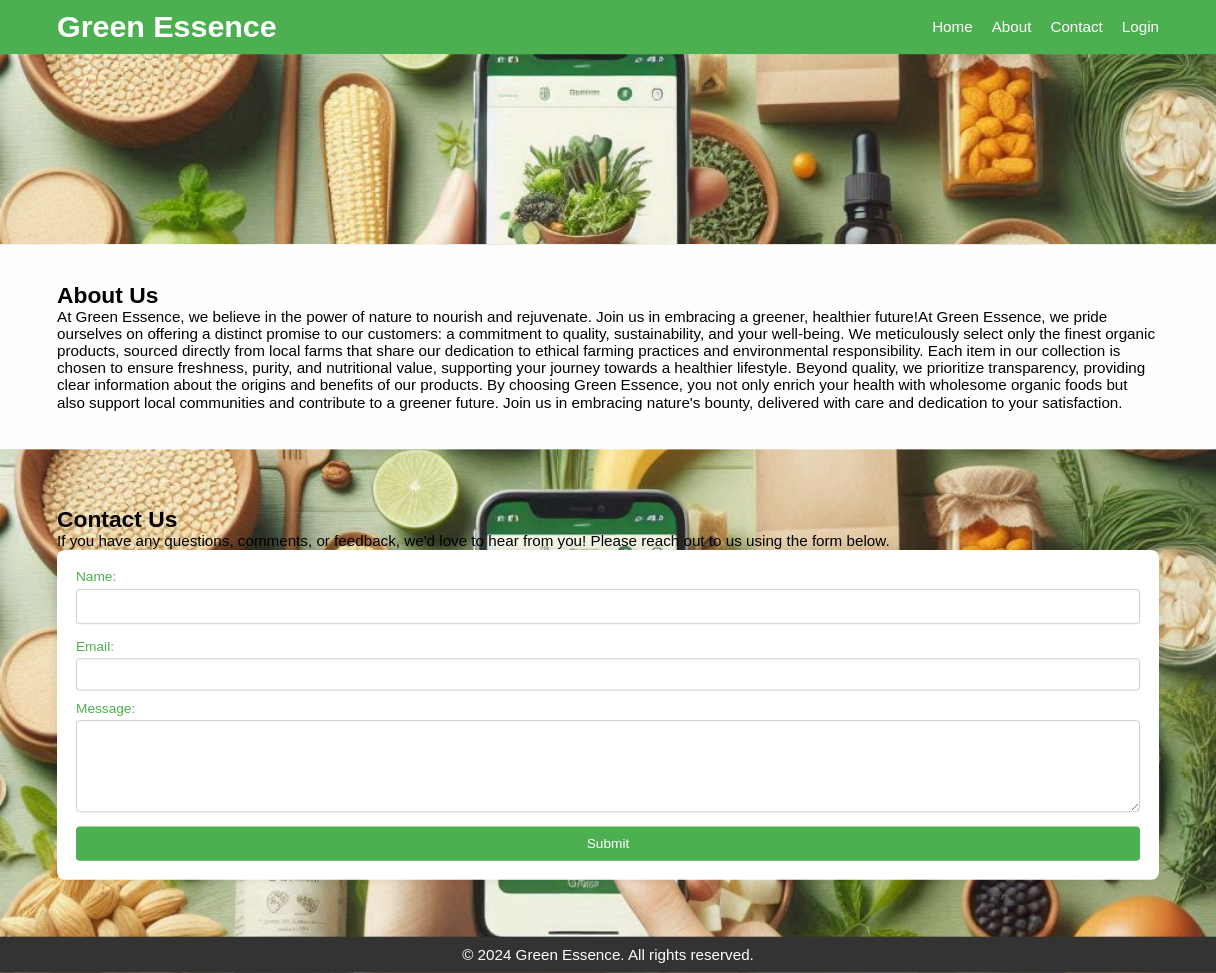
Repository: niki3210/Sahyadri
Page: Projectorganic/index.html
An editor plug-in stored every save of this project. The page is shown before and after the next save, followed by the edit.
The browser window is 1280 px wide. The pictures show the whole page, at 95% of full size.
Backgrounds fixed to the window are drawn as part of the page.

Above is the page before, as saved 2024-06-21 17:13:42.

After the next save:
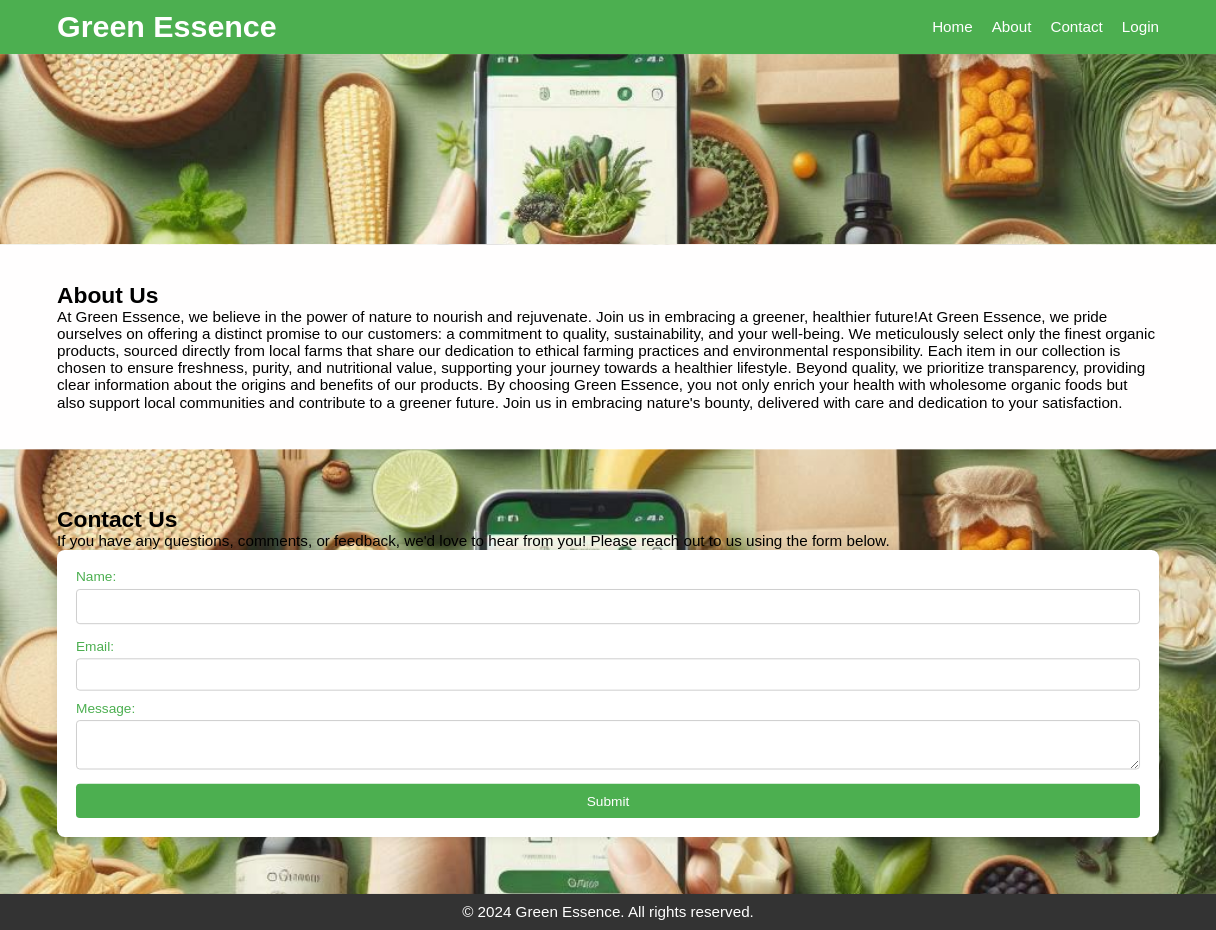
Saved 13 min 38 s later.
--- a/Projectorganic/index.html
+++ b/Projectorganic/index.html
@@ -62,7 +62,7 @@
                     <div class="error" id="contact-email-error"></div>
 
                     <label for="message">Message:</label>
-                    <textarea id="message" name="message" rows="5" required></textarea>
+                    <textarea id="message" name="message" rows="" required></textarea>
                     <div class="error" id="message-error"></div>
 
                     <button type="submit">Submit</button>
